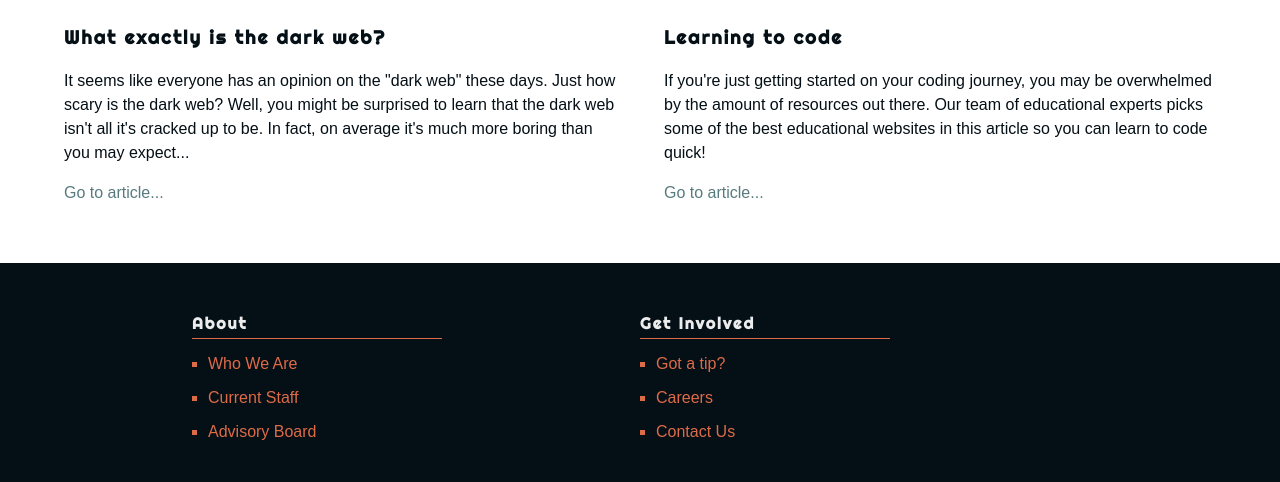
Repository: 10-2-pursuit/lab-css-media-queries
Page: index.html
The author's editor kept a copy of each file at every save. The page is drawn from the files as they stood at one save, then again after a run of saves.
The browser window is 1280 px wide. The pictures show the part of the page from y = 949 to 1536 px (the page is 1431 px tall before and 1536 px after).

Above is the page before, as saved 2023-06-20 20:14:29.

### index.html
<!DOCTYPE html>
<html lang="en">
  <head>
    <meta charset="UTF-8" />
    <meta http-equiv="X-UA-Compatible" content="IE=edge" />
    <meta name="viewport" content="width=device-width, initial-scale=1.0" />
    <title>Media Queries</title>
    <link rel="stylesheet" href="styles.css" />
  </head>
  <body>
    <header>
      <h1>TekNews</h1>
      <nav>
        <ul>
          <li>
            <a href="#">About</a>
          </li>
          <li>
            <a href="#">Our Process</a>
          </li>
          <li>
            <a href="#">Contact Us</a>
          </li>
        </ul>
      </nav>
    </header>
    <section class="splash">
      <h2>Your place for tech news!</h2>
    </section>
    <main>
      <article>
        <img src="./images/c-d-x-unsplash.jpg" />
        <h3>The best headphones of this year</h3>
        <p>
          Although earbuds are all the rage these days, true audiophiles know
          that nothing can beat a nice pair of headphones. TekNews has reviewed
          all of the latest headphones and we're here to give you our thoughts.
          What we've found may surprise you!
        </p>
        <aside>
          <a href="#">Go to article...</a>
        </aside>
      </article>
      <article>
        <img src="./images/domenico-loia-unsplash.jpg" />
        <h3>The perfect work-from-home setup</h3>
        <p>
          Is your work-from-home setup making you feel blue? If working from
          home is new for you, it's easy to become overwhelmed by decision
          fatigue. In this article, we make it simple and tell you what you
          absolutely <em>need</em> as opposed to what's nice to have.
        </p>
        <aside>
          <a href="#">Go to article...</a>
        </aside>
      </article>
      <article>
        <img src="./images/gilles-lambert-unsplash.jpg" />
        <h3>What exactly is the dark web?</h3>
        <p>
          It seems like everyone has an opinion on the "dark web" these days.
          Just how scary is the dark web? Well, you might be surprised to learn
          that the dark web isn't all it's cracked up to be. In fact, on average
          it's much more boring than you may expect...
        </p>
        <aside>
          <a href="#">Go to article...</a>
        </aside>
      </article>
      <article>
        <img src="./images/j-kelly-brito-unsplash.jpg" />
        <h3>Learning to code</h3>
        <p>
          If you're just getting started on your coding journey, you may be
          overwhelmed by the amount of resources out there. Our team of
          educational experts picks some of the best educational websites in
          this article so you can learn to code quick!
        </p>
        <aside>
          <a href="#">Go to article...</a>
        </aside>
      </article>
    </main>
    <footer>
      <section>
        <h4>About</h4>
        <ul>
          <li>
            <a href="#">Who We Are</a>
          </li>
          <li>
            <a href="#">Current Staff</a>
          </li>
          <li>
            <a href="#">Advisory Board</a>
          </li>
        </ul>
      </section>
      <section>
        <h4>Get Involved</h4>
        <ul>
          <li>
            <a href="#">Got a tip?</a>
          </li>
          <li>
            <a href="#">Careers</a>
          </li>
          <li>
            <a href="#">Contact Us</a>
          </li>
        </ul>
      </section>
    </footer>
  </body>
</html>

### styles.css
/*
  Google Fonts
  https://fonts.google.com/specimen/Righteous
*/
@import url("https://fonts.googleapis.com/css2?family=Righteous&display=swap");

/* General styles */

html,
body {
  margin: 0;
  padding: 0;
}

html {
  color: #040f16;
  font-family: Arial, Helvetica, sans-serif;
  font-size: 16px;
}

h1,
h2,
h3,
h4,
h5,
h6 {
  font-family: Righteous, serif;
  letter-spacing: 2px;
}


/* Header */

header {
  background: #040f16;
  border-bottom: 5px solid #de6b48;
  color: #ececec;
  padding: 0.5rem 15%;
  text-align: center;

  display: grid;
  grid-template-columns: repeat(1, 1fr);
}

header h1 {
  margin: 15px 0;
}

nav ul {
  padding: 15px 15px;

  display: grid;
  grid-template-columns: repeat(3, 1fr);
}

nav ul li {
  display: inline-block;
  margin: 0 0.5rem;
}

nav a {
  color: #ececec;
  text-decoration: none;
}

nav a:hover {
  color: #de6b48;
}

/*
  Splash
  Images from Unsplash: https://unsplash.com/
*/

.splash {
  background-image: url("./images/ales-nesetril-unsplash.jpg");
  background-position: 50% 50%;
  background-size: 100%;
  border-bottom: 5px solid #de6b48;
  display: none;
}

.splash h2 {
  color: #ececec;
  font-size: 5rem;
  margin: 0;
  padding: 20vh 0;
  text-align: center;
}

/* Main */

main {
  margin: 3rem auto;

  width: 90%;

  display: grid;
  grid-template-columns: repeat(2, 1fr);
  gap: 1rem 3rem;
}

/* Articles */

article {
  line-height: 1.5rem;
}

article img {
  border-radius: 15px;
  height: 250px;
  object-fit: cover;
  object-position: 50% 50%;
  width: 100%;
}

aside {
  padding-bottom: 10px;
}

aside a {
  color: #587b7f;
  text-decoration: none;
}

aside a:hover {
  color: #de6b48;
}

/* Footer */

footer {
  background: #040f16;
  color: #ececec;
  padding: 50px 15% 25px;

  display: grid;
  grid-template-columns: repeat(2, 1fr);
}

footer h4 {
  border-bottom: 1px solid #de6b48;
  margin: 0;
  max-width: 250px;
  padding-bottom: 5px;
}

footer ul {
  color: #de6b48;
  list-style: square;
  padding-left: 1rem;
}

footer ul li {
  margin: 1rem 0;
}

footer a {
  color: #de6b48;
  text-decoration: none;
}

footer a:hover {
  color: #ececec;
}

/* Media queries */

@media (min-width: 768px) and (max-width: 1279px) {

  .splash {
    display: none;
  }

  main {
    width: 90%;
  }

  footer {
    display: grid;
    grid-template-columns: repeat(2, 1fr);
  }

}

@media (max-width: 767px)  {

  header {
    display: grid;
    grid-template-columns: repeat(1, 1fr);
  }

  main {
    display: grid;
    grid-template-columns: repeat(1, 1fr);
    row-gap: 50px;
    column-gap: 0px;
  }

  footer {
    padding: 25px;
    text-align: center;
  }

  footer ul li {
    list-style-type: none;
  }

  footer h4 {
    border-bottom: none;
  }


}

After the next 3 saves:
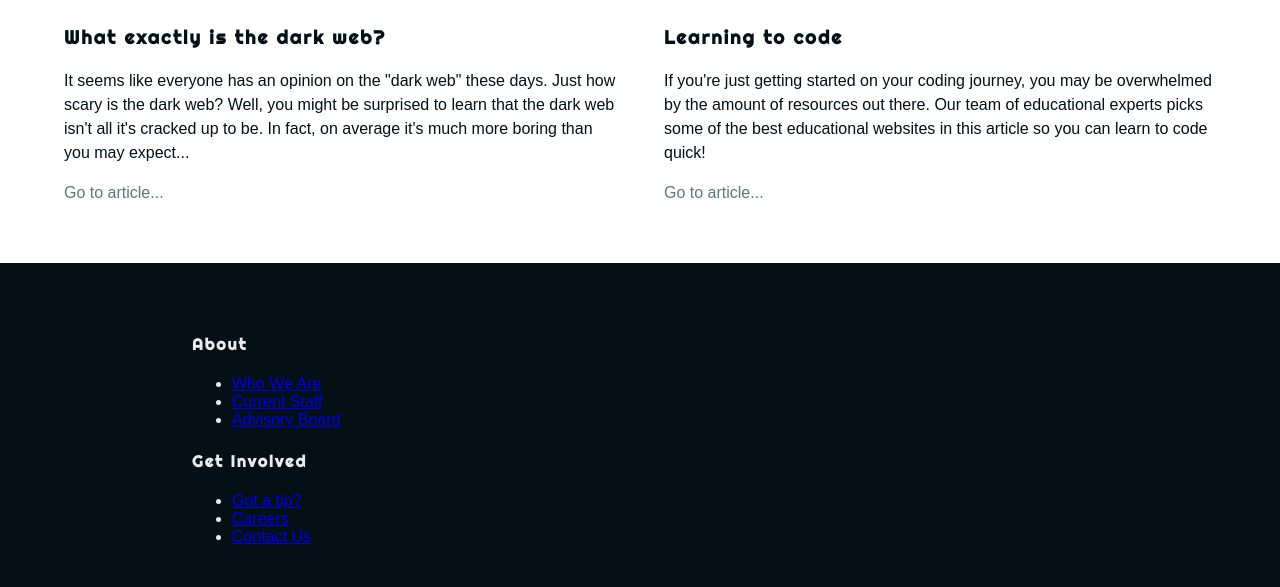
The 3 saves are shown as one change because they came seconds apart.
The last was saved 34 min 9 s later.
--- a/styles.css
+++ b/styles.css
@@ -134,9 +134,6 @@ footer {
   color: #ececec;
   padding: 50px 15% 25px;
 
-  display: grid;
-  grid-template-columns: repeat(2, 1fr);
-}
 
 footer h4 {
   border-bottom: 1px solid #de6b48;
